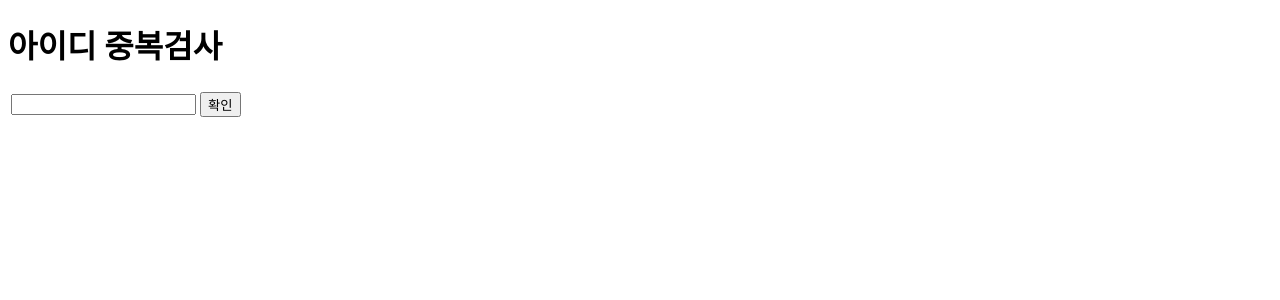
Repository: JungYOsup/Mini_project
Page: http://localhost/EsCape_Room/checked.jsp
An editor plug-in stored every save of this project. The page is shown before and after a run of saves, followed by the edit.
The browser window is 1280 px wide. The pictures show the whole page.
The page is served by Tomcat 9.

Above is the page before, as saved 2018-01-16 04:12:48.

After the next 3 saves:
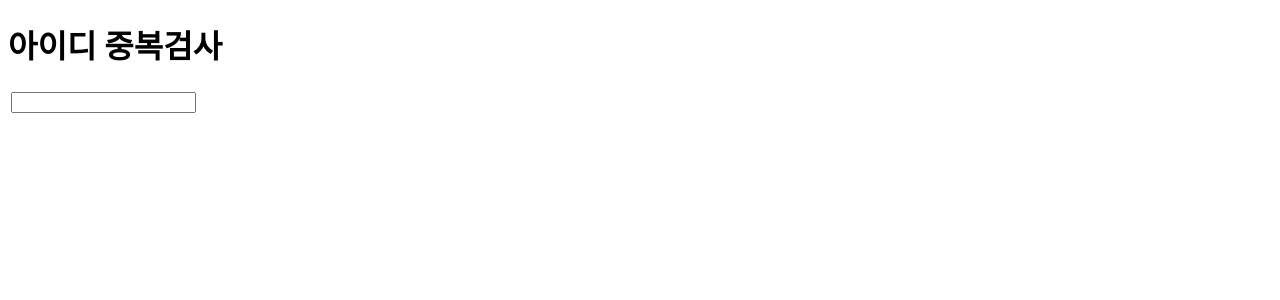
The 3 saves are shown as one change because they came seconds apart.
The last was saved 10 s later.
--- a/EsCape_Room/WebContent/checked.jsp
+++ b/EsCape_Room/WebContent/checked.jsp
@@ -28,7 +28,8 @@
 
 	<tr>
 		<td><input type="text" id="idchk"></td>
-		<td><input type="button" value="확인" onclick="confirm(idchk.value)"></td>
+
+
 	</tr>
 
 </table>
